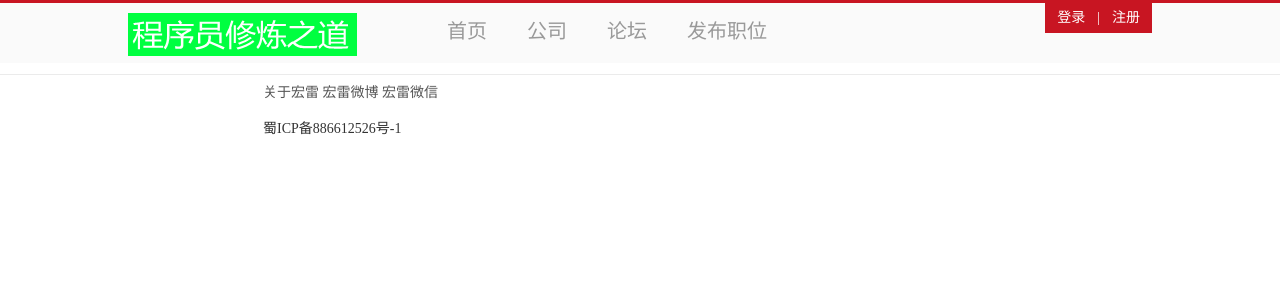
Repository: honglei92/javaweb_EE
Page: http://localhost/apple/
The author's editor kept a copy of each file at every save. The page is drawn from the files as they stood at one save, then again after the next save.
The browser window is 1280 px wide. The pictures show the whole page.
The page is served by Tomcat 9.

Above is the page before, as saved 2013-09-02 06:28:02.

After the next save:
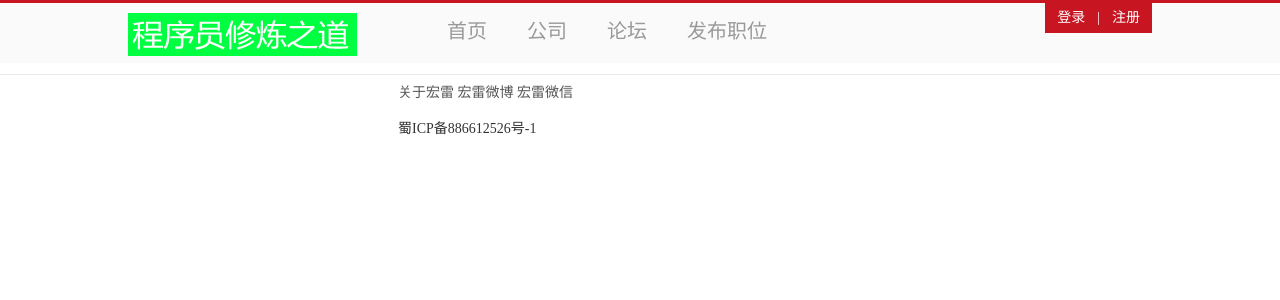
Saved 7 s later.
--- a/apple/WebContent/css/style.css
+++ b/apple/WebContent/css/style.css
@@ -127,5 +127,5 @@ a:HOVER {
 #footer .wrapper{
 	width: 754px;
 	margin: 0 auto;
-	padding-left:
+	padding-left: 270px;
 }
